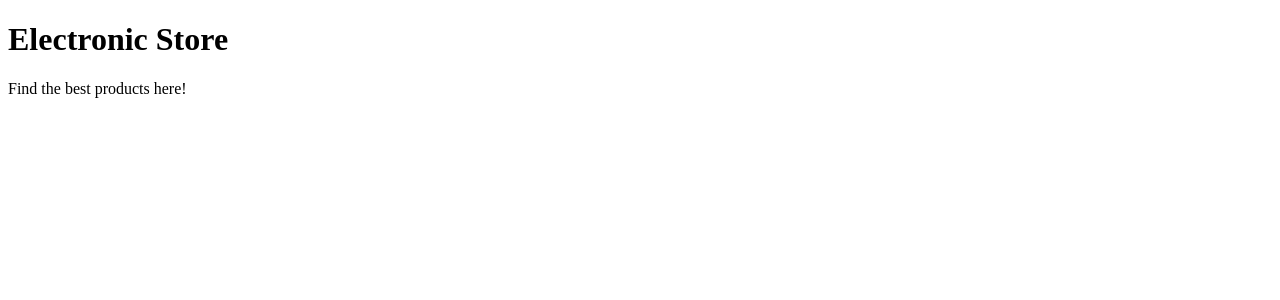
Repository: Lithium87/e-Strore
Page: /
These files come from the project's save history. The page is drawn as it stood at one moment and after the next save; the edit follows.
The browser window is 1280 px wide. The pictures show the whole page.
The project was rebuilt for these pictures with package versions that can differ from the ones it lists, and the page was loaded fresh each time. Also part of the build but not shown: vite.config.js.

Above is the page before, as saved 2025-07-05 14:43:49.

### src/main.jsx
import {StrictMode} from 'react';
import {createRoot} from 'react-dom/client';
import App from './App.jsx';

createRoot (document.getElementById ('root')).render (
  <StrictMode>
    <App />
  </StrictMode>
);

### src/App.jsx
import React from 'react';

const productData = [
  {
    name: 'Laptop Pro',
    description: 'High-performance laptop for professionals.',
    price: 1200,
    photoName: '/laptop.png',
    soldOut: false,
  },
  {
    name: 'Smartphone X',
    description: 'Latest model with stunning display.',
    price: 800,
    photoName: '/smartphone.png',
    soldOut: false,
  },
  {
    name: 'Wireless Headphones',
    description: 'Noise-cancelling headphones with great sound quality.',
    price: 200,
    photoName: '/headphones.png',
    soldOut: false,
  },
  {
    name: 'Smartwatch Z',
    description: 'Stylish smartwatch with fitness tracking features.',
    price: 150,
    photoName: '/smartwatch.png',
    soldOut: false,
  },
  {
    name: 'Gaming Console',
    description: 'Powerful gaming console for endless fun.',
    price: 400,
    photoName: '/console.png',
    soldOut: true,
  },
  {
    name: '4K TV',
    description: 'Ultra HD television with vibrant colors.',
    price: 1000,
    photoName: '/tv.png',
    soldOut: false,
  },
];

const App = () => {
  return (
    <div>
      <Header />
      <Catalog />
    </div>
  );
};

const Header = () => {
  return (
    <header>
      <h1>Electronic Store</h1>
      <p>Find the best products here!</p>
    </header>
  );
};

const Catalog = () => {
  return <main />;
};

export default App;

Loaded but not shown: index.html (common file)

After the next save:
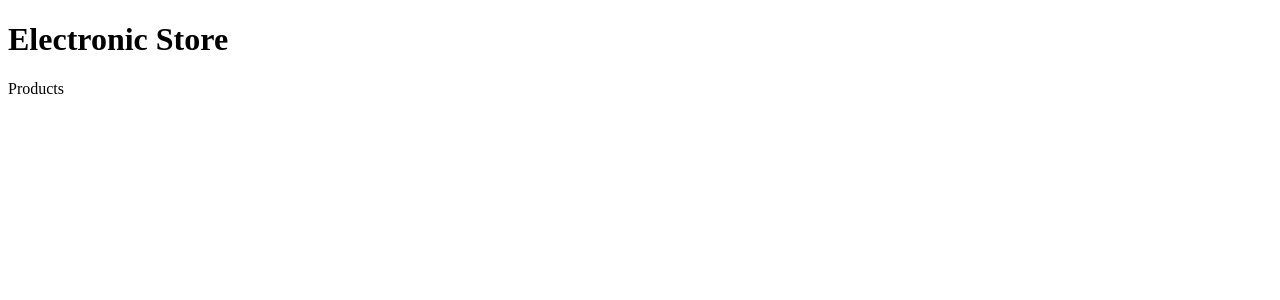
Saved 60 s later.
--- a/src/App.jsx
+++ b/src/App.jsx
@@ -58,13 +58,14 @@ const Header = () => {
   return (
     <header>
       <h1>Electronic Store</h1>
-      <p>Find the best products here!</p>
     </header>
   );
 };
 
 const Catalog = () => {
-  return <main />;
+  return <main>Products</main>;
 };
 
+const Product = () => {};
+
 export default App;
